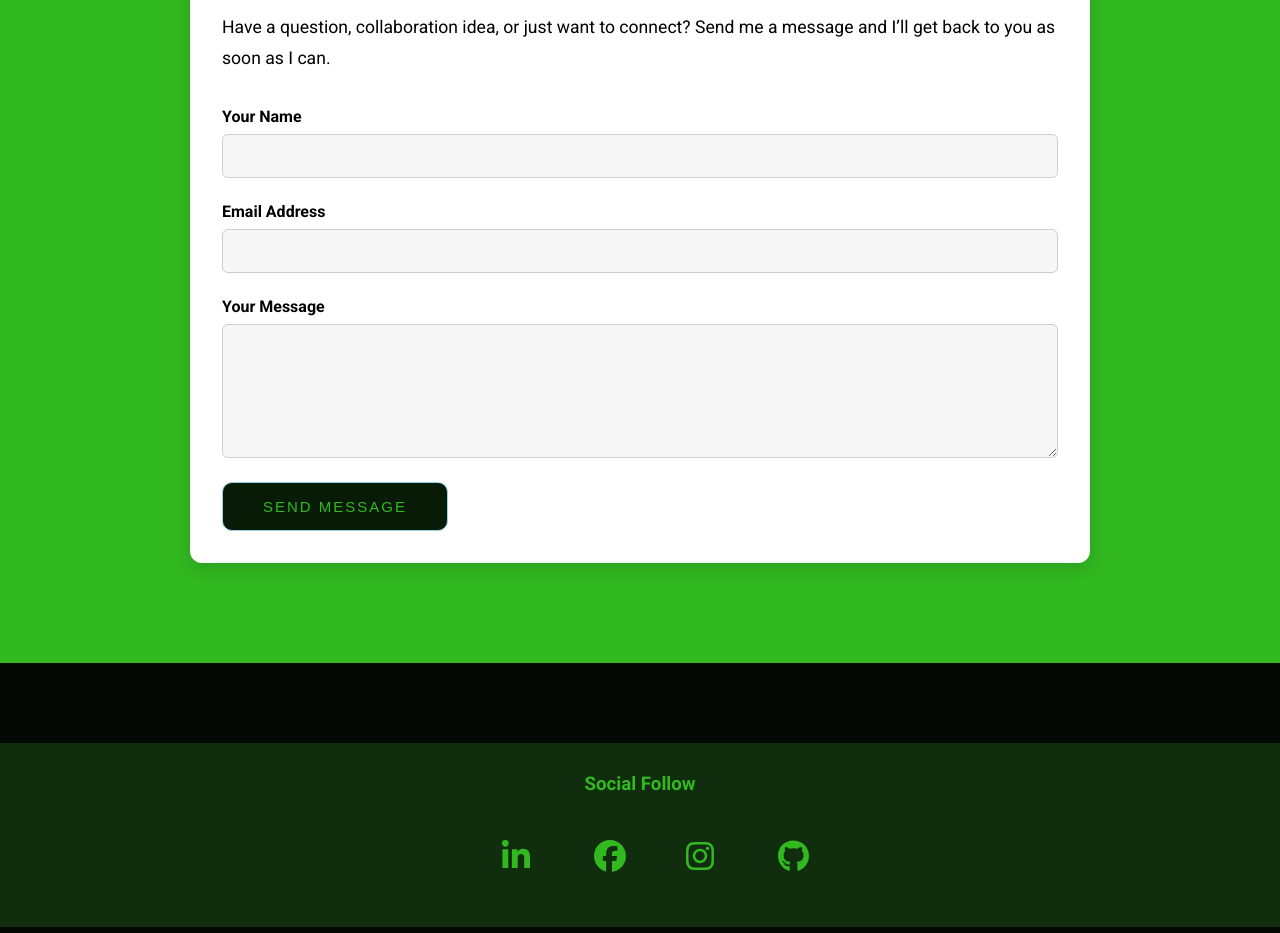
Repository: Bojurie/Portfolio_2022
Page: /
An editor plug-in stored every save of this project. The page is shown before and after the next save, followed by the edit.
The browser window is 1280 px wide. The pictures show the part of the page from y = 2644 to 3596 px (the page is 3577 px tall before and 3596 px after).
The project was rebuilt for these pictures with package versions that can differ from the ones it lists, and the page was loaded fresh each time. Also part of the build but not shown: src/component/pages/Resume.css, src/component/pages/Resume.js. Imported but missing from the stored project, and not drawn on this page: src/component/Resume.pdf, src/component/images/video.mp4, src/component/videos/Screen Recording 2022-04-01 at 8.22.57 PM.mov, src/component/videos/Screen Recording 2022-04-01 at 8.23.25 PM.mov, src/component/videos/Screen Recording 2022-04-01 at 8.25.20 PM.mov, src/component/videos/Screen Recording 2022-04-01 at 8.27.28 PM.mov, src/component/videos/Screen Recording 2022-04-01 at 8.28.35 PM.mov, src/component/videos/Screen Recording 2022-04-01 at 8.30.37 PM.mov and 3 more.

Above is the page before, as saved 2025-04-21 02:18:25.

### public/index.html
<!DOCTYPE html>
<html lang="en">
  <head>
    <meta charset="utf-8" />
    <link rel="icon" href="%PUBLIC_URL%/favicon.ico" />
    <meta name="viewport" content="width=device-width, initial-scale=1" />
    <meta name="theme-color" content="#000000" />
    <meta
      name="description"
      content="Web site created using create-react-app"
    />
    <link rel="apple-touch-icon" href="%PUBLIC_URL%/logo192.png" />


    <link rel="manifest" href="%PUBLIC_URL%/manifest.json" />
    <!--
      Notice the use of %PUBLIC_URL% in the tags above.
      It will be replaced with the URL of the `public` folder during the build.
      Only files inside the `public` folder can be referenced from the HTML.

      Unlike "/favicon.ico" or "favicon.ico", "%PUBLIC_URL%/favicon.ico" will
      work correctly both with client-side routing and a non-root public URL.
      Learn how to configure a non-root public URL by running `npm run build`.
    -->
    <title>Bojurie Rogers-Wright | | Tech</title>
     <link rel="shortcut icon" href="%PUBLIC_URL%/favicon.ico">
    <link rel="apple-touch-icon" sizes="180x180" href="/apple-touch-icon.png">
    <link rel="icon" type="image/png" sizes="32x32" href="/favicon-32x32.png">
    <link rel="icon" type="image/png" sizes="16x16" href="/favicon-16x16.png">
    <link rel="manifest" href="/site.webmanifest">


    <link rel="preconnect" href="https://fonts.googleapis.com">
    <link rel="preconnect" href="https://fonts.gstatic.com" crossorigin>
    <link href="https://fonts.googleapis.com/css2?family=Montserrat:ital,wght@0,100;0,200;0,300;0,400;0,500;0,600;0,700;0,800;0,900;1,100;1,200;1,300;1,400;1,500;1,600;1,700;1,800;1,900&family=Roboto:ital,wght@0,300;0,400;0,500;0,700;1,300&display=swap" rel="stylesheet">
  </head>
  <body>
    <noscript>You need to enable JavaScript to run this app.</noscript>
    <div id="root"></div>

   <script>

   </script>
  </body>
</html>

### src/index.js
import React from 'react';
import ReactDOM from 'react-dom';
import App from './App'

ReactDOM.render(
  <React.StrictMode>
      <App />
  </React.StrictMode>,
  document.getElementById("root"))

### src/component/pages/Home.js
import React from "react";
import Hero from "../Hero";
import About from "./About";
import Project from "./Project";
import Contact from "./Contact";
import "./Home.css";

const Home = () => {
  return (
    <main className="home">
      <Hero />
      <About />
      <Project />
      <Contact />
    </main>
  );
};

export default Home;

### src/component/pages/About.js
import React from "react";
import "./About.css";
import image from "../images/IMG_0699-2.jpg";

const About = () => {
  return (
    <section className="about-section" id="about">
      <div className="about-container">
        <h2 className="about-title">
          <span className="highlighted">2.</span> About Me
        </h2>

        <div className="about-content">
          <div className="about-image">
            <img src={image} alt="Bojurie Rogers-Wright" />
          </div>

          <div className="about-text">
            <p>
              I'm <strong>Bojurie Rogers-Wright</strong>, a passionate
              full-stack developer focused on building elegant, responsive, and
              scalable web and mobile applications. I thrive on transforming
              ideas into impactful digital experiences — blending creativity
              with clean, functional code.
            </p>

            <p>
              My journey into tech began in 2004, sparked by a curiosity for
              hardware and systems. Over the years, I've grown through
              self-learning, professional experience, and a deep love for
              solving problems through software. Since 2019, I've been immersed
              in JavaScript ecosystems, collaborating on a variety of projects
              across startups, agencies, and client-based work.
            </p>

            <p>
              Today, I specialize in developing full-stack solutions with
              intuitive UI, efficient backend logic, and modern DevOps
              practices. I’m constantly learning and pushing boundaries to build
              accessible, high-performing applications.
            </p>

            <h3 className="skills-heading">🛠 Technologies I Work With:</h3>

            <div className="about-skills">
              <ul>
                <li>JavaScript (ES6+)</li>
                <li>React.js & React Native</li>
                <li>Next.js</li>
                <li>HTML5 / CSS3 / Sass</li>
              </ul>
              <ul>
                <li>Node.js</li>
                <li>Express.js</li>
                <li>MongoDB & MySQL</li>
                <li>Git & GitHub</li>
              </ul>
            </div>
          </div>
        </div>
      </div>
    </section>
  );
};

export default About;

### src/component/pages/Contact.js
import React, { useState, useRef } from "react";
import emailjs from "@emailjs/browser";
import Button from "../Button";
import "./Contact.css";

const Contact = () => {
  const form = useRef();
  const [submitted, setSubmitted] = useState(false);

  const sendEmail = (e) => {
    e.preventDefault();

    emailjs
      .sendForm(
        "service_sgy2c6a",
        "template_hlu2f0r",
        form.current,
        "user_ekwueKu8ixfoPD5a4qf2n"
      )
      .then(
        (result) => {
          console.log(result.text);
          setSubmitted(true);
        },
        (error) => {
          console.log(error.text);
        }
      );

    e.target.reset();
  };

  return (
    <section className="contact-section" id="contact">
      <div className="contact-container">
        <h2 className="contact-title">
          <span className="highlighted">4.</span> Contact
        </h2>

        <div className="contact-wrapper">
          <div className="contact-info">
            <h3>Let’s Talk</h3>
            <p>
              Have a question, collaboration idea, or just want to connect? Send
              me a message and I’ll get back to you as soon as I can.
            </p>
          </div>

          <form ref={form} onSubmit={sendEmail} className="contact-form">
            {submitted && (
              <p className="success-message">
                ✅ Message sent! Thanks for reaching out.
              </p>
            )}

            <div className="form-group">
              <label htmlFor="name">Your Name</label>
              <input type="text" name="name" id="name" required />
            </div>

            <div className="form-group">
              <label htmlFor="email">Email Address</label>
              <input type="email" name="email" id="email" required />
            </div>

            <div className="form-group">
              <label htmlFor="message">Your Message</label>
              <textarea
                name="message"
                id="message"
                rows="6"
                required
              ></textarea>
            </div>

            <Button type="submit">Send Message</Button>
          </form>
        </div>
      </div>
    </section>
  );
};

export default Contact;

### src/component/Header.js
import React from "react";
import Navbar from "./Navbar";
import "./Header.css";

const Header = () => {
  return (
    <header className="header">
      <Navbar />
    </header>
  );
};

export default Header;

### src/component/pages/Footer.js
import React from 'react'
// import Copyright from '../../Copyright';
import SocialFollow from '../../SocialFollow';

import './Footer.css'

const Footer = () => {
  return (
    <>
      <div className='footer'>
        <div className='container'>
          <div className='footer-wrapper'>
              <div>
                <SocialFollow />
              </div>
              {/* <Copyright /> */}
          </div>
        </div>
      </div>
    </>
  )
}

export default Footer

### src/App.css
* {
  margin: 0;
  padding: 0;
  box-sizing: border-box;
}

body {
  font-family: 'Roboto', sans-serif;
  background-color: rgb(4, 10, 3);
}

.container {
  padding: 0 60px;
}

h1 {
  text-transform: uppercase;
  letter-spacing: 2px;
  font-size: 30px;
  text-align: center;
}

/* hr {
  width: 140px;
  background-color: black;
} */

.navBar {
  position: relative;
}

.navBar button {
  position: fixed;
  left: 40px;
  top: 40px;
  z-index: 10;
  cursor: pointer;
}

.menuNav {
  overflow-y: scroll;
  list-style: none;
  position: fixed;
  top: 0;
  background-image: linear-gradient(rgb(8, 27, 6), rgb(50, 185, 32));
  left: 0;
  bottom: 0;
  height: 100vh;
  width: 0;
  overflow: hidden;
  max-width: 290px;
  z-index: 9;
}

.menuNav.showMenu {
  width: 100%;
}

a {
  display: flex;
  padding: 30px;
  text-decoration: none;
  text-transform: uppercase;
  font-weight: bold;
}

.menuNav li:first-child {
  margin-top: 7rem;
}

@media screen and (max-width: 414px) {}

### src/component/Hero.js
import React from "react";
import "./Hero.css";
import backgroundVideo from "./images/video.mp4";
import Button from "./Button";

const Hero = () => {
  return (
    <section className="hero-container">
      <div className="hero-overlay">
        <video autoPlay loop muted playsInline className="hero-video">
          <source src={backgroundVideo} type="video/mp4" />
          Your browser does not support the video tag.
        </video>
      </div>

      <div className="hero-content">
        <h3>Welcome to</h3>
        <h2>B-Wright Codes</h2>
        <p>
          Creating beautiful Web and Mobile applications with different
          functionalities while keeping the code clean.
        </p>
        <Button>View Code Work</Button>
      </div>
    </section>
  );
};

export default Hero;

### src/component/pages/Home.css
.home {
  scroll-behavior: smooth;
  /* background-color: #fff; */
  color: #000;
}

section {
  margin-bottom: 5rem;
}

@media screen and (max-width: 768px) {
  section {
    margin-bottom: 3rem;
  }
}

### src/component/pages/About.css
.about-section {
  background-color: #f7f7f7;
  padding: 5rem 2rem;
}

.about-container {
  max-width: 1200px;
  margin: 0 auto;
}

.about-title {
  font-size: 2.5rem;
  font-weight: 700;
  margin-bottom: 3rem;
  text-align: left;
  color: #222;
}

.highlighted {
  color: #32b920;
  margin-right: 0.5rem;
}

.about-content {
  display: flex;
  align-items: flex-start;
  gap: 3rem;
  flex-wrap: wrap;
}

.about-image img {
  max-width: 300px;
  width: 100%;
  border-radius: 12px;
  object-fit: cover;
  box-shadow: 0 6px 20px rgba(0, 0, 0, 0.15);
}

.about-text {
  flex: 1;
  min-width: 280px;
}

.about-text p {
  font-size: 1.1rem;
  line-height: 1.8;
  margin-bottom: 1.5rem;
  color: #333;
}

.skills-heading {
  font-size: 1.2rem;
  margin-top: 2rem;
  font-weight: 600;
  color: #111;
}

.about-skills {
  display: flex;
  gap: 3rem;
  flex-wrap: wrap;
  margin-top: 1rem;
}

.about-skills ul {
  list-style-type: square;
  padding-left: 1.5rem;
}

.about-skills li {
  font-size: 1rem;
  margin-bottom: 0.5rem;
  color: #444;
}

/* Responsive */
@media screen and (max-width: 768px) {
  .about-content {
    flex-direction: column;
    align-items: center;
    text-align: center;
  }

  .about-title {
    text-align: center;
  }

  .about-skills {
    justify-content: center;
  }
}

### src/component/pages/Project.css
.project {
  padding: 100px 40px;
  background-color: #081b06;
  color: white;
}

.container {
  max-width: 1440px;
  margin: 0 auto;
}

.project-heading {
  font-size: 2.5rem;
  text-align: center;
  margin-bottom: 4rem;
  text-transform: uppercase;
  letter-spacing: 2px;
  color: #32b920;
}

.highlighted {
  color: white;
  margin-right: 0.5rem;
}

.project-grid {
  display: grid;
  grid-template-columns: repeat(auto-fit, minmax(320px, 1fr));
  gap: 2rem;
  padding: 0 20px;
}

.project-box {
  position: relative;
  width: 100%;
  aspect-ratio: 16 / 9;
  overflow: hidden;
  border-radius: 16px;
  background-color: #000;
  transition: transform 0.3s ease, box-shadow 0.3s ease;
  border: 1px solid rgba(255, 255, 255, 0.1);
  cursor: pointer;
}

.project-box:hover {
  transform: scale(1.03);
  box-shadow: 0 0 15px rgba(50, 185, 32, 0.2);
}

.project-video {
  width: 100%;
  height: 100%;
  object-fit: cover;
  display: block;
  border-radius: 16px;
  transition: filter 0.3s ease;
}

.project-box:hover .project-video {
  filter: brightness(1.05);
}

.project-label {
  position: absolute;
  bottom: 10px;
  left: 16px;
  background-color: rgba(0, 0, 0, 0.6);
  padding: 6px 12px;
  font-size: 1rem;
  font-weight: 500;
  color: #fff;
  border-radius: 8px;
  z-index: 2;
}

/* Tablet */
@media screen and (max-width: 992px) {
  .project-heading {
    font-size: 2rem;
  }

  .project-grid {
    gap: 1.5rem;
  }
}

/* Mobile */
@media screen and (max-width: 576px) {
  .project {
    padding: 60px 20px;
  }

  .project-heading {
    font-size: 1.6rem;
    margin-bottom: 2.5rem;
  }

  .project-grid {
    padding: 0;
  }

  .project-box {
    aspect-ratio: 4 / 3;
  }

  .project-label {
    font-size: 0.85rem;
    padding: 5px 10px;
  }
}

### src/component/Button.js
import React from 'react'
import './Button.css';

const Button = ({children,type, onClick}) => {
  return (
    <div className='button'>
        <button onClick={onClick} type={type}>
          {children}
        </button>
    </div>
  )
}

export default Button

### src/component/pages/Contact.css
.contact-section {
  background-color: #32b920;
  padding: 100px 20px;
  color: #fff;
}

.contact-container {
  max-width: 900px;
  margin: 0 auto;
}

.contact-title {
  font-size: 2.5rem;
  font-weight: 700;
  margin-bottom: 2rem;
  text-align: center;
}

.highlighted {
  color: #fff;
  margin-right: 0.5rem;
}

.contact-wrapper {
  display: flex;
  flex-direction: column;
  gap: 2rem;
  background: #fff;
  color: #000;
  padding: 2rem;
  border-radius: 12px;
  box-shadow: 0 6px 20px rgba(0, 0, 0, 0.15);
}

.contact-info h3 {
  font-size: 1.8rem;
  margin-bottom: 0.5rem;
}

.contact-info p {
  font-size: 1.1rem;
  line-height: 1.8;
}

.contact-form {
  display: flex;
  flex-direction: column;
  gap: 1.5rem;
}

.form-group {
  display: flex;
  flex-direction: column;
}

.form-group label {
  font-weight: 600;
  margin-bottom: 0.5rem;
}

.form-group input,
.form-group textarea {
  padding: 0.75rem 1rem;
  font-size: 1rem;
  border: 1px solid #ccc;
  border-radius: 6px;
  background-color: #f7f7f7;
  transition: border-color 0.3s ease;
}

.form-group input:focus,
.form-group textarea:focus {
  border-color: #32b920;
  outline: none;
  background-color: #fff;
}

.success-message {
  background-color: #eaffea;
  color: #2e7d32;
  padding: 1rem;
  border-left: 4px solid #2e7d32;
  border-radius: 6px;
  font-size: 1rem;
  font-weight: 500;
}

/* Responsive Styles */
@media screen and (max-width: 768px) {
  .contact-title {
    font-size: 2rem;
  }

  .contact-wrapper {
    padding: 1.5rem;
  }

  .contact-info h3 {
    font-size: 1.5rem;
  }
}

@media screen and (max-width: 480px) {
  .contact-wrapper {
    padding: 1rem;
  }

  .contact-title {
    font-size: 1.6rem;
  }

  .form-group input,
  .form-group textarea {
    font-size: 0.95rem;
  }
}

### src/component/Header.css
.header {
  width: 100%;
  background-color: #000;
  padding: 10px 0;
  z-index: 1000;
  position: relative;
}

### src/SocialFollow.js
import React from "react";
import { FontAwesomeIcon } from "@fortawesome/react-fontawesome";
import {
  faFacebook,
  faInstagram,
  faGithub,
  faLinkedinIn
} from "@fortawesome/free-brands-svg-icons";
import './SocialFollow.css';

const SocialFollow = () => {
  return (
    <div class="social-container">
      <h3>Social Follow</h3>
      <a href="https://www.linkedin.com/in/bojurie-rogers-wright/"
        className="linkedin social" target='_blank' rel="noopener noreferrer">
        <FontAwesomeIcon icon={faLinkedinIn} size="2x" />
      </a>

       <a href="https://www.facebook.com/bojurie.rogers/"
        className="facebook social" target='_blank' rel="noopener noreferrer">
        <FontAwesomeIcon icon={faFacebook} size="2x" />
      </a>

      {/* <a href="https://www.twitter.com/jamesqquick" className="twitter social" target='_blank' rel="noopener noreferrer">
        <FontAwesomeIcon icon={faTwitter} size="2x" />
      </a> */}

      <a href="https://www.instagram.com/bwrightcodes/"
        className="instagram social" target='_blank' rel="noopener noreferrer">
        <FontAwesomeIcon icon={faInstagram} size="2x" />
      </a>
      <a href="https://github.com/Bojurie"
        className="github social" target='_blank' rel="noopener noreferrer">
        <FontAwesomeIcon icon={faGithub} size="2x" />
      </a>

    </div>
  );
}
export default SocialFollow;

### src/component/pages/Footer.css
.footer {
  background-color: rgba(18, 51, 15, 0.89);
  height: auto;
  text-align: center;
}

@media screen and (max-width: 414px) {}

### src/component/Hero.css
.hero-container {
  position: relative;
  width: 100%;
  /* height: 100vh; */
  display: flex;
  align-items: center;
  justify-content: center;
  overflow: hidden;
  color: white;
}

.hero-overlay {
  position: absolute;
  top: 0;
  left: 0;
  width: 100%;
  height: 100%;
  z-index: -1;
}

.hero-video {
  width: 100%;
  height: 100%;
  object-fit: cover;
  filter: brightness(0.5);
}

.hero-content {
  z-index: 1;
  max-width: 800px;
  padding: 2rem;
  text-align: center;
  background: rgba(0, 0, 0, 0.4);
  backdrop-filter: blur(6px);
  border-radius: 12px;
  animation: fadeIn 1.2s ease-in-out;
}

.hero-content h3 {
  font-size: 1.5rem;
  letter-spacing: 2px;
  margin-bottom: 0.5rem;
}

.hero-content h2 {
  font-size: 3rem;
  font-family: "Roboto", sans-serif;
  font-weight: 600;
  letter-spacing: 3px;
  margin-bottom: 1rem;
}

.hero-content p {
  font-size: 1.2rem;
  line-height: 1.6;
  margin-bottom: 2rem;
}

.hero-content button {
  padding: 0.8rem 2rem;
  font-size: 1rem;
  background-color: #32b920;
  color: white;
  border: none;
  border-radius: 6px;
  cursor: pointer;
  transition: all 0.3s ease;
}

.hero-content button:hover {
  background-color: #2a9f1a;
  transform: scale(1.05);
}

/* Animations */
@keyframes fadeIn {
  0% {
    opacity: 0;
    transform: translateY(30px);
  }
  100% {
    opacity: 1;
    transform: translateY(0);
  }
}

/* Tablet */
@media screen and (max-width: 768px) {
  .hero-content h2 {
    font-size: 2.2rem;
  }

  .hero-content p {
    font-size: 1.1rem;
  }

  .hero-content {
    padding: 1.5rem;
  }
}

/* Mobile */
@media screen and (max-width: 480px) {
  .hero-content h2 {
    font-size: 1.6rem;
  }

  .hero-content h3 {
    font-size: 1rem;
  }

  .hero-content p {
    font-size: 1rem;
  }

  .hero-content {
    width: 90%;
    padding: 1rem;
  }
}

### src/component/Button.css
button {
  padding: 15px 40px;
  font-size: 15px;
  border-radius: 10px;
  background-color: rgb(8, 27, 6);
  color: rgb(50, 185, 32);
  letter-spacing: 2px;
  text-transform: uppercase;
  border: 1px solid rgb(152, 207, 233);
}


@media screen and (max-width: 414px) {
  button {
    padding: 10px 20px;
    font-size: 13px;
  }
}

### src/component/Navbar.css
.Navbar {
  display: flex;
  justify-content: space-between;
  align-items: center;
  padding: 0 2rem;
  height: 100px;
  color: white;
  position: relative;
  background-color: #000;
}

.logo a {
  color: white;
  text-decoration: none;
  font-size: 1.8rem;
  font-weight: bold;
}

.menu-toggle {
  background: none;
  border: none;
  color: white;
  font-size: 2rem;
  cursor: pointer;
  display: none;
}

/* Desktop Menu */
.nav-links-desktop {
  display: flex;
  gap: 2rem;
  list-style: none;
}

.nav-links-desktop li a {
  text-decoration: none;
  color: white;
  font-weight: 600;
  font-size: 1rem;
  transition: color 0.3s ease;
}

.nav-links-desktop li a:hover {
  color: #32b920;
}

.resume a {
  border: 1px solid white;
  padding: 6px 12px;
  border-radius: 4px;
}

/* Mobile Menu */
.nav-links-mobile {
  list-style: none;
  display: flex;
  flex-direction: column;
  position: absolute;
  top: 100px;
  left: 0;
  width: 100%;
  background-color: #000;
  overflow: hidden;
  z-index: 10;
  padding: 1rem 0;
}

.nav-links-mobile li {
  padding: 1rem;
  text-align: center;
}

.nav-links-mobile li a {
  color: white;
  text-decoration: none;
  font-size: 1.2rem;
  font-weight: 500;
}

.nav-links-mobile li a:hover {
  color: #32b920;
}

/* Show Toggle & Hide Desktop Links on Mobile */
@media screen and (max-width: 768px) {
  .menu-toggle {
    display: block;
  }

  .nav-links-desktop {
    display: none;
  }
}

### src/SocialFollow.css
.social-container {
  padding: 25px 50px;
}

.social-container h3 {
  padding: 5px 0 15px;
  color: rgb(50, 185, 32);

}

a.social {
  margin: 0 1rem;
  transition: transform 250ms;
  display: inline-block;
}

a.social:hover {
  transform: translateY(-2px);
  color: white;
}


.social {
  color: rgb(50, 185, 32);
  width: 60px;
  height: auto;
}

@media screen and (max-width: 414px) {
  a.social {
    font-size: 14px;
    margin: 0;
  }

  .social-container {
    padding: 20px 0;
  }
}

Loaded but not shown: src/component/pages/Project.js (69 lines, source omitted); src/component/Navbar.js (93 lines, source omitted); src/App.js (89 lines, source omitted)

After the next save:
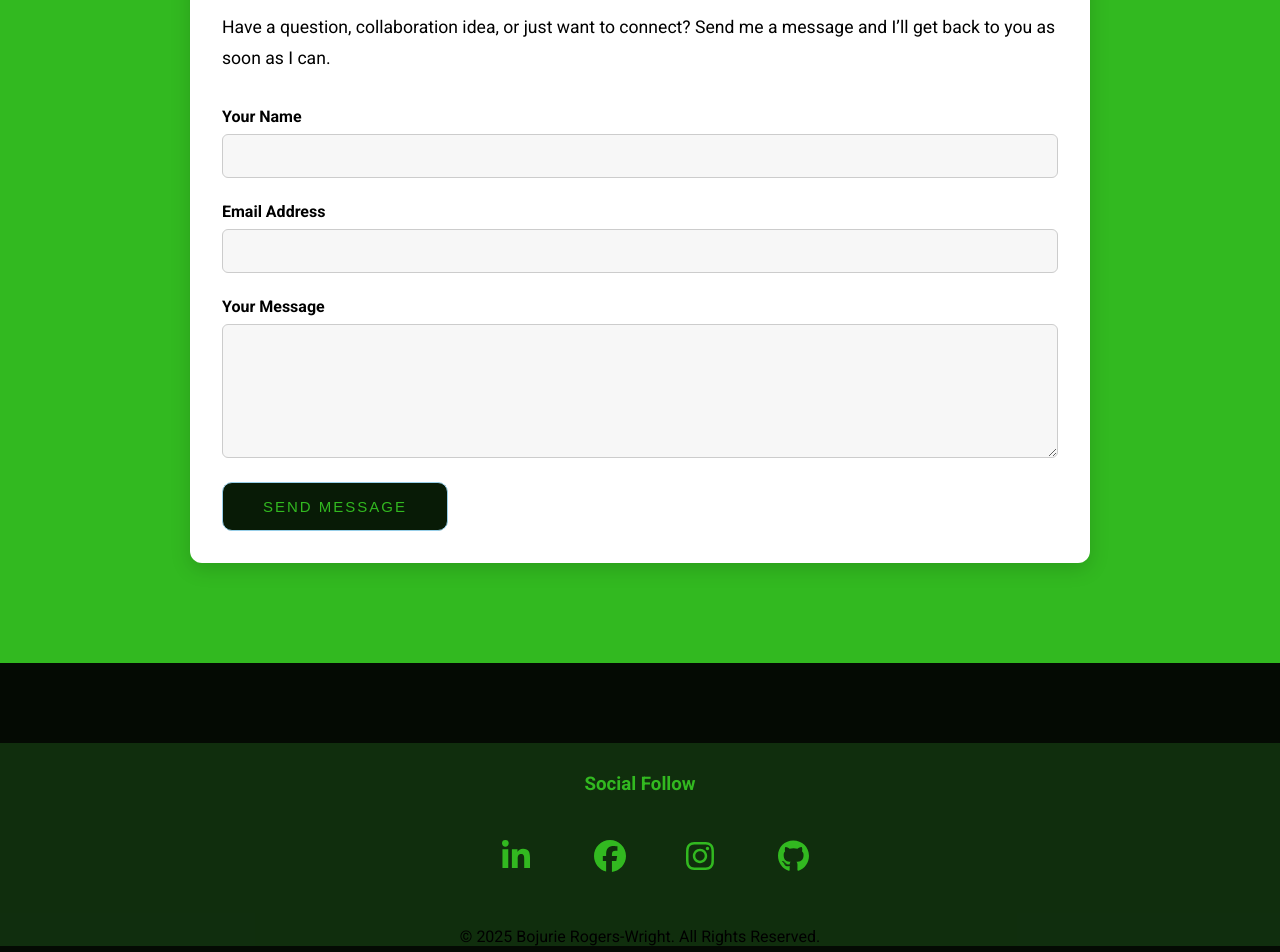
Saved 4 min 22 s later.
--- a/src/component/pages/Footer.js
+++ b/src/component/pages/Footer.js
@@ -1,24 +1,22 @@
-import React from 'react'
-// import Copyright from '../../Copyright';
-import SocialFollow from '../../SocialFollow';
-
-import './Footer.css'
+import React from "react";
+import SocialFollow from "../../SocialFollow";
+import "./Footer.css";
 
 const Footer = () => {
+  const year = new Date().getFullYear();
+
   return (
-    <>
-      <div className='footer'>
-        <div className='container'>
-          <div className='footer-wrapper'>
-              <div>
-                <SocialFollow />
-              </div>
-              {/* <Copyright /> */}
-          </div>
+    <footer className="footer">
+      <div className="container">
+        <div className="footer-wrapper">
+          <SocialFollow />
+          <p className="footer-copy">
+            © {year} Bojurie Rogers-Wright. All Rights Reserved.
+          </p>
         </div>
       </div>
-    </>
-  )
-}
+    </footer>
+  );
+};
 
-export default Footer
+export default Footer;
